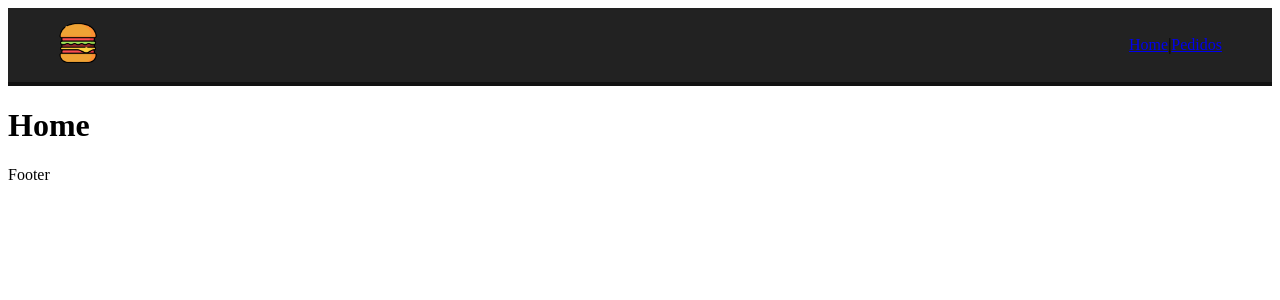
Repository: brunofa23/makeyourburguer
Page: /
The author's editor kept a copy of each file at every save. The page is drawn from the files as they stood at one save, then again after the next save.
The browser window is 1280 px wide. The pictures show the whole page.
The project was rebuilt for these pictures with package versions that can differ from the ones it lists, and the page was loaded fresh each time. Also part of the build but not shown: vue.config.js.

Above is the page before, as saved 2022-08-08 20:29:54.

After the next save:
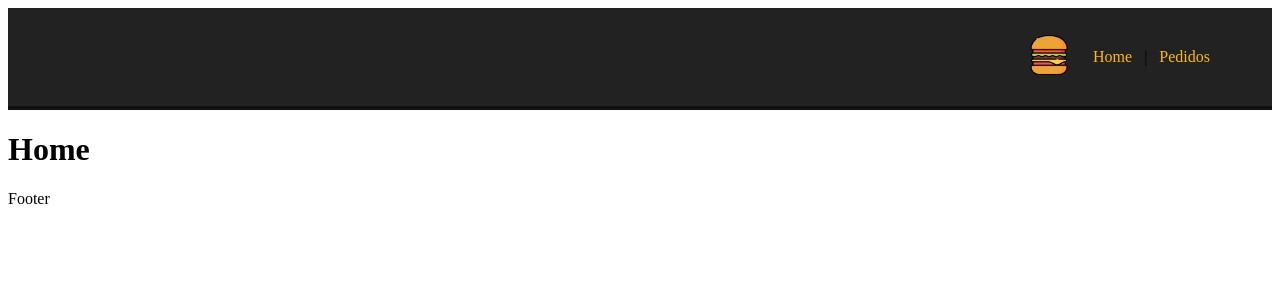
Saved 47 s later.
--- a/src/components/Navbar.vue
+++ b/src/components/Navbar.vue
@@ -40,6 +40,10 @@
 }
 
 #nav a{
+  color: #FCBA03;
+  text-decoration: none;
+  margin: 12px;
+  transition: .5s;
 
 }
 

After the 3 saves that followed:
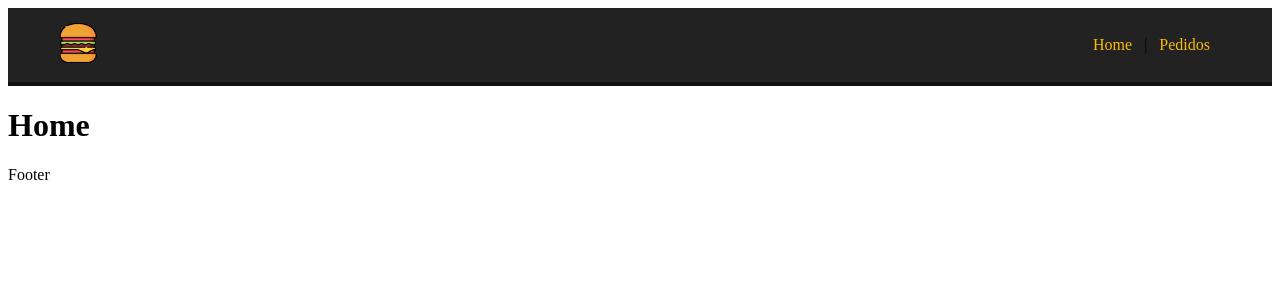
The 3 saves are shown as one change because 2 left the picture as it was.
The last was saved 106 s later.
--- a/src/components/Navbar.vue
+++ b/src/components/Navbar.vue
@@ -27,7 +27,7 @@
 
 }
 
-#logo-url{
+#nav #logo-url{
   margin: auto;
   margin-left: 0;
 
@@ -46,5 +46,8 @@
   transition: .5s;
 
 }
+#nav a:hover{
+  color:#FFF;
+}
 
 </style>
